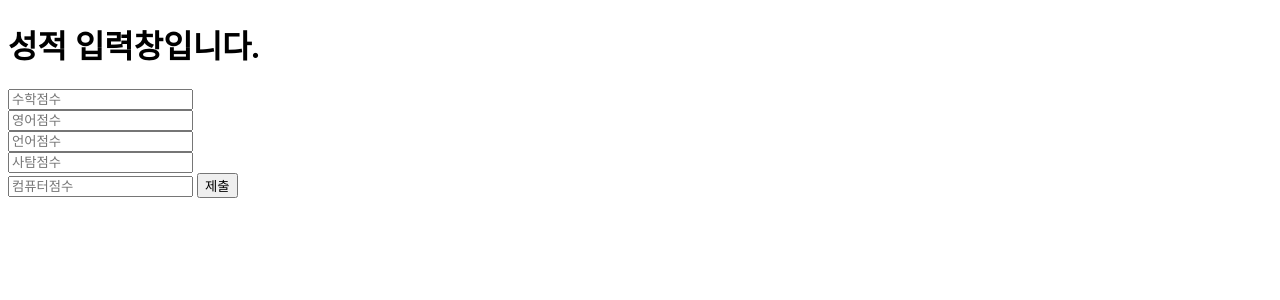
Repository: KindRichMan/Spring
Page: http://localhost/SpringBasic/score
The author's editor kept a copy of each file at every save. The page is drawn from the files as they stood at one save, then again after the next save.
The browser window is 1280 px wide. The pictures show the whole page.
The page is served by Tomcat 9.

Above is the page before, as saved 2022-03-30 06:20:00.

After the next save:
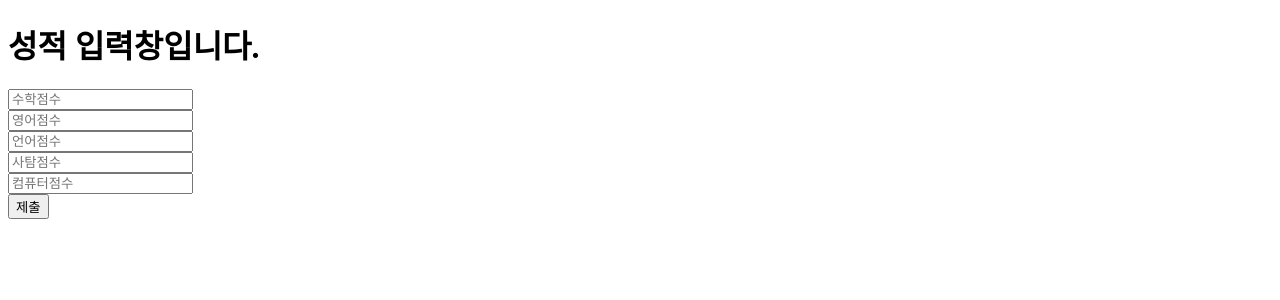
Saved 5 s later.
--- a/SpringBasic/src/main/webapp/WEB-INF/views/grade_cardForm.jsp
+++ b/SpringBasic/src/main/webapp/WEB-INF/views/grade_cardForm.jsp
@@ -13,7 +13,7 @@
    <input type="number" name="eng" placeholder="영어점수"><br/>
    <input type="number" name="lan" placeholder="언어점수"><br/>
    <input type="number" name="social" placeholder="사탐점수"><br/>
-   <input type="number" name="com" placeholder="컴퓨터점수">
+   <input type="number" name="com" placeholder="컴퓨터점수"><br/>
    <input type="submit" value="제출">
    </form>
 </body>
